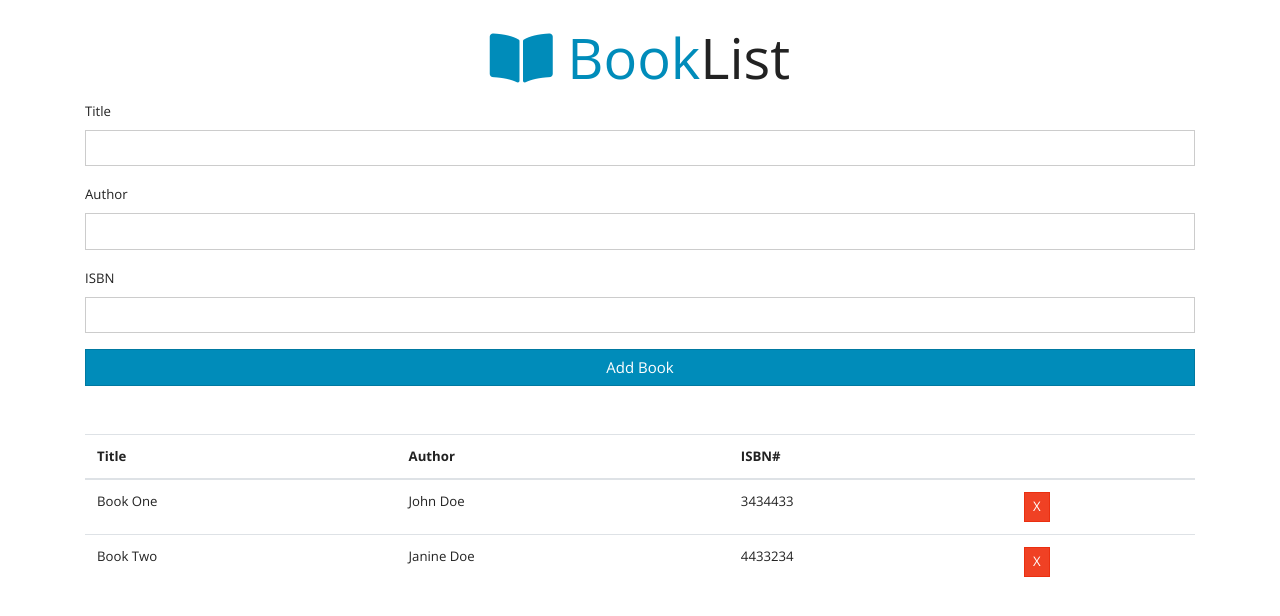
Repository: carrascomcesar/JSBOOKLIST
Page: index.html
An editor plug-in stored every save of this project. The page is shown before and after the next save, followed by the edit.
The browser window is 1280 px wide. The pictures show the whole page.
Some web libraries are served in a nearby version.

Above is the page before, as saved 2021-02-01 11:14:15.

After the next save:
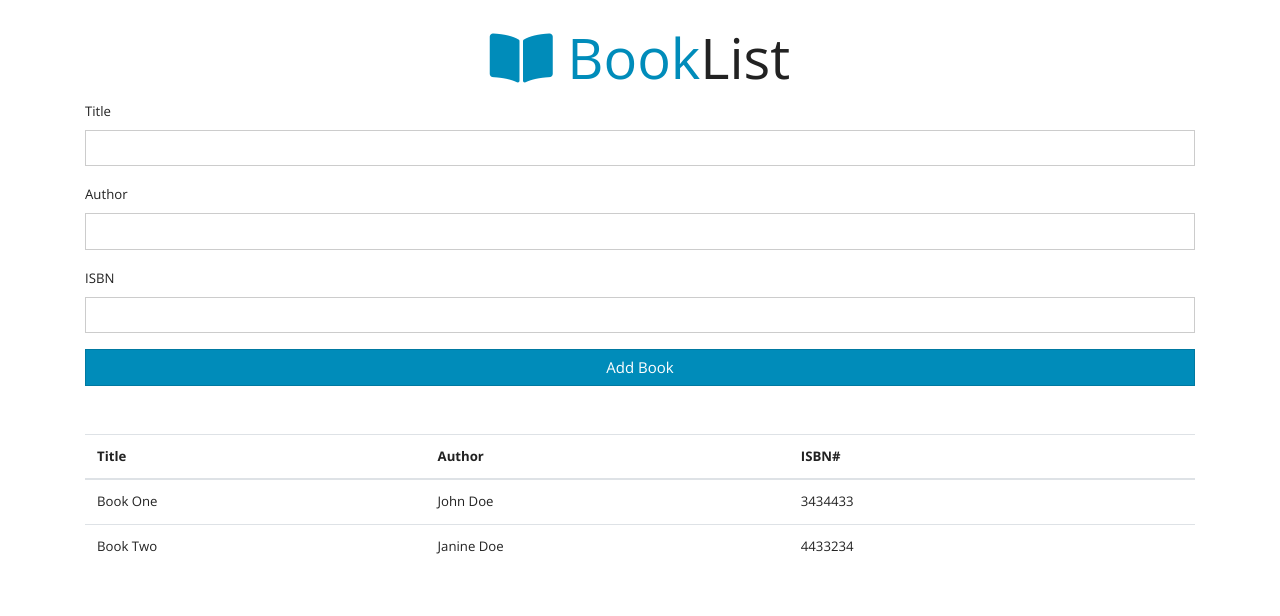
Saved 5 s later.
--- a/app.js
+++ b/app.js
@@ -36,7 +36,6 @@
             <td>${book.author}</td>
             <td>${book.isbn}</td>
             <td><a href="#" class="btn btn-danger btn-sm delete>X</a></td>
-            <td><a href="#" >X</a></td>
         `;
     list.appendChild(row);
   }

After the 2 saves that followed:
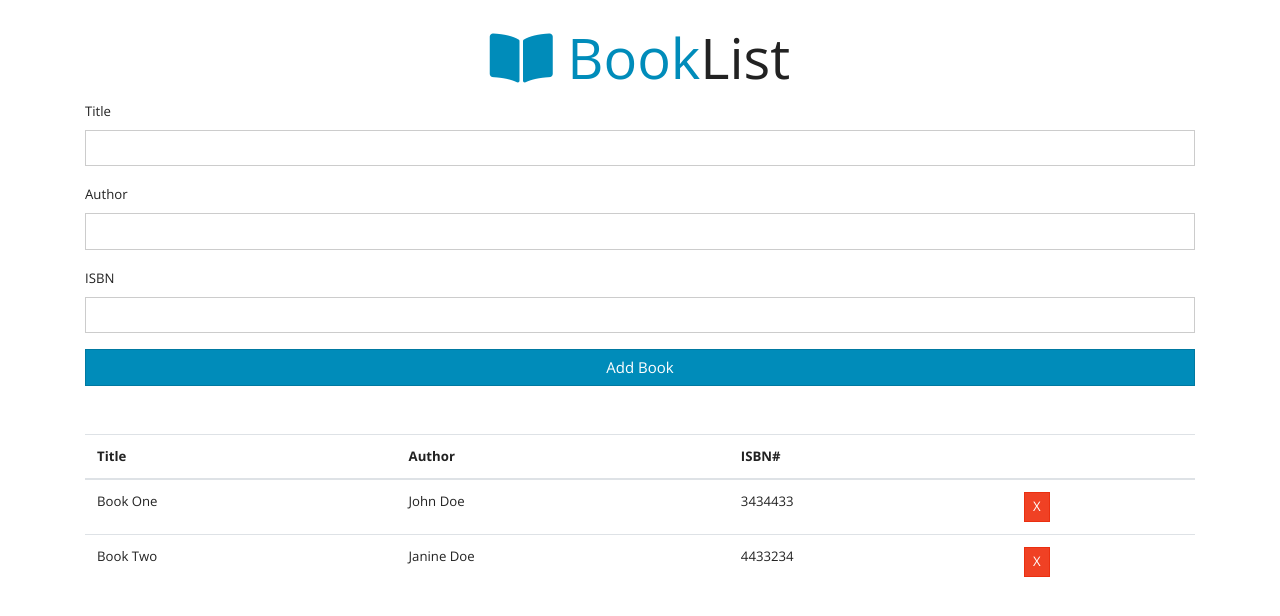
The 2 saves are shown as one change because 1 left the picture as it was.
The last was saved 8 s later.
--- a/app.js
+++ b/app.js
@@ -36,6 +36,7 @@
             <td>${book.author}</td>
             <td>${book.isbn}</td>
             <td><a href="#" class="btn btn-danger btn-sm delete>X</a></td>
+            <td><a href="#" >X</a></td>
         `;
     list.appendChild(row);
   }
